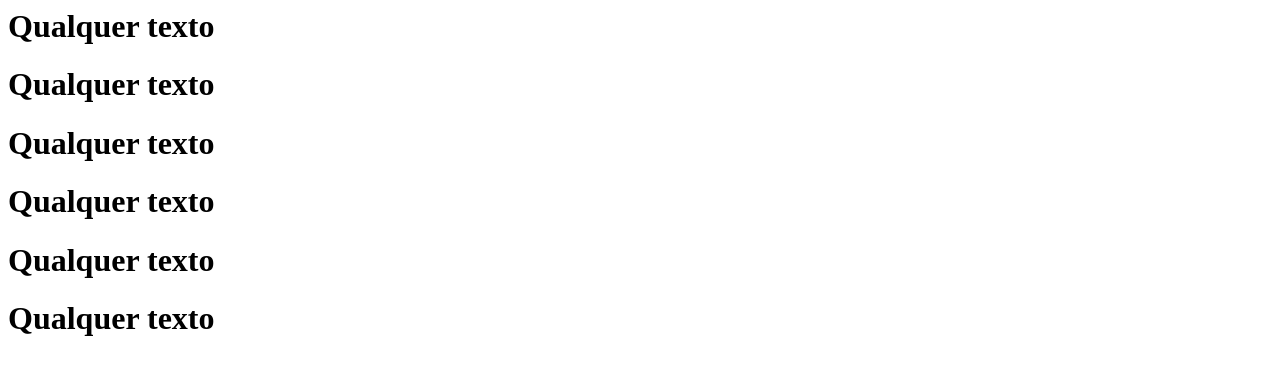
Repository: geracao-11/aula01
Page: index.html
The author's editor kept a copy of each file at every save. The page is drawn from the files as they stood at one save, then again after the next save.
The browser window is 1280 px wide. The pictures show the whole page.

Above is the page before, as saved 2025-04-02 08:51:27.

After the next save:
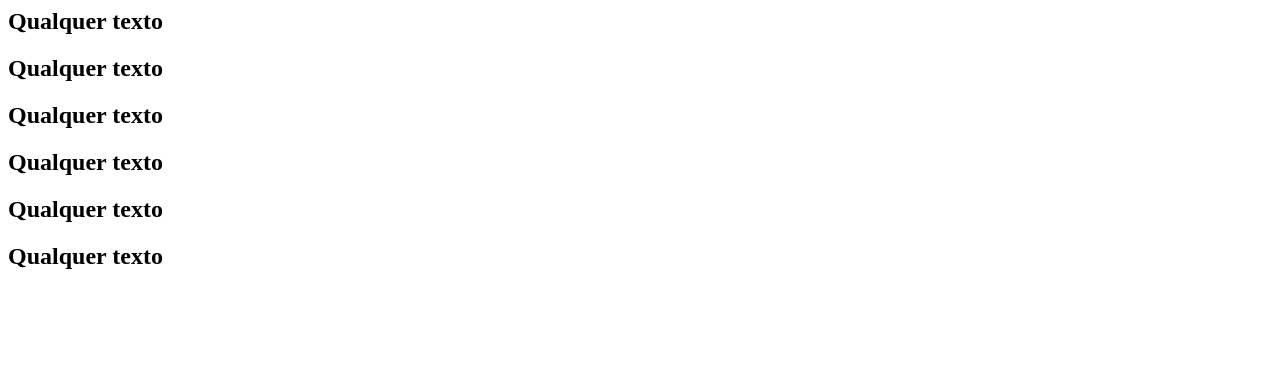
Saved 50 s later.
--- a/index.html
+++ b/index.html
@@ -1,6 +1,6 @@
-<h1>Qualquer texto</h1>
-<h1>Qualquer texto</h1>
-<h1>Qualquer texto</h1>
-<h1>Qualquer texto</h1>
-<h1>Qualquer texto</h1>
-<h1>Qualquer texto</h1>
+<h2>Qualquer texto</h2>
+<h2>Qualquer texto</h2>
+<h2>Qualquer texto</h2>
+<h2>Qualquer texto</h2>
+<h2>Qualquer texto</h2>
+<h2>Qualquer texto</h2>
